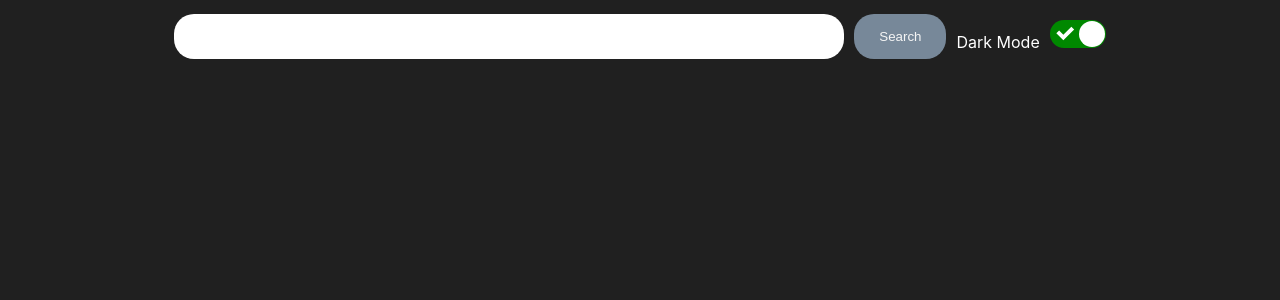
Repository: HunterX-21/Recipe-webApp
Page: /
An editor plug-in stored every save of this project. The page is shown before and after the next save, followed by the edit.
The browser window is 1280 px wide. The pictures show the whole page.
The page's requests for data from a server got no answer. The project was rebuilt for these pictures with package versions that can differ from the ones it lists, and the page was loaded fresh each time. No one was signed in, and anything a server would have sent is missing. Also part of the build but not shown: src/recipe.module.css, src/Recipes.js.

Above is the page before, as saved 2022-07-07 19:34:07.

After the next save:
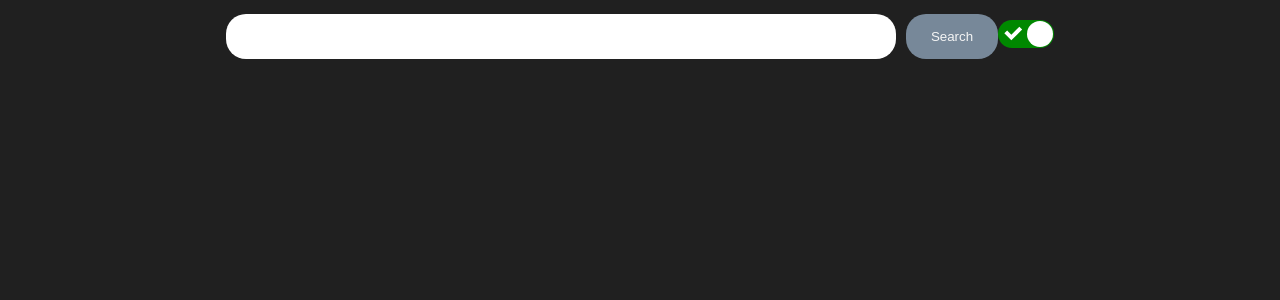
Saved 10 s later.
--- a/src/App.js
+++ b/src/App.js
@@ -59,7 +59,6 @@ const App = () => {
             Search
           </button>
           <div className="switch">
-            <label>{theme === "light" ? "Light Mode" : "Dark Mode"}</label>
             <ReactSwitch onChange={toggleTheme} checked={theme === "dark"} />
           </div>
         </form>
